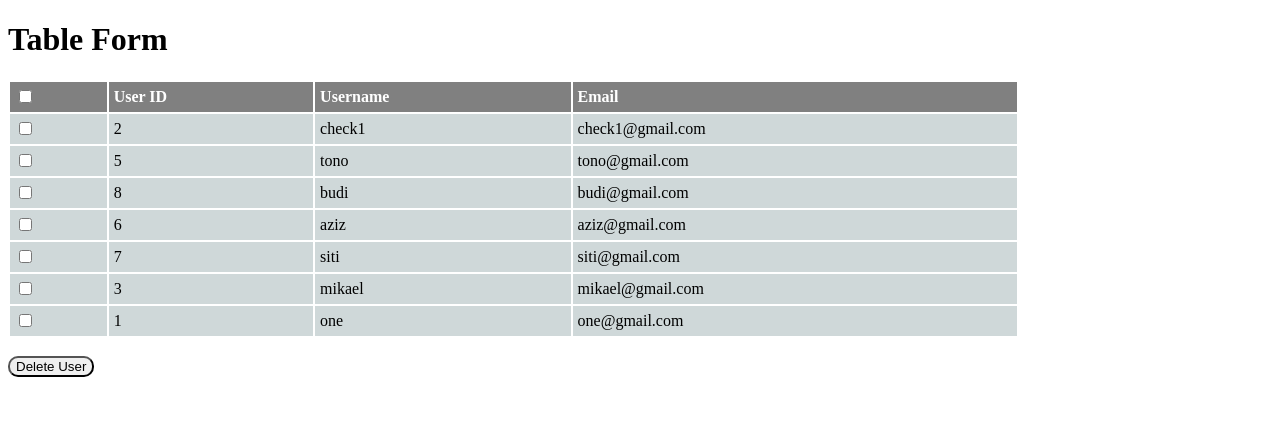
Repository: AHSANS354/tugas-sib5
Page: tugastable.html
An editor plug-in stored every save of this project. The page is shown before and after the next save, followed by the edit.
The browser window is 1280 px wide. The pictures show the whole page.

Above is the page before, as saved 2023-08-21 15:37:31.

After the next save:
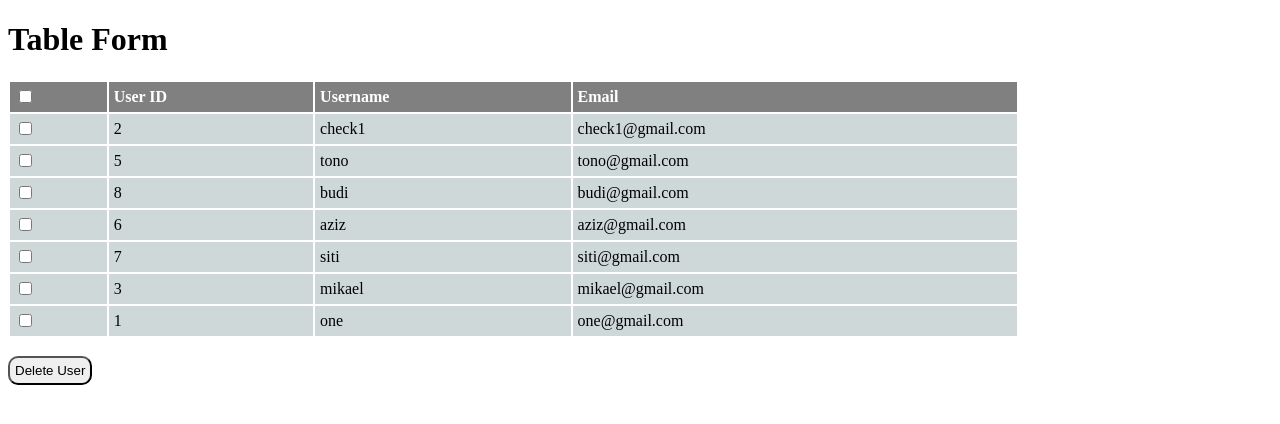
Saved 5 s later.
--- a/tugastable.html
+++ b/tugastable.html
@@ -58,6 +58,6 @@
       </tr>
     </table>
     <br>
-    <input type="reset" name="delete" value="Delete User" style="border-radius: 10px; padding: 5;"></input>
+    <input type="reset" name="delete" value="Delete User" style="border-radius: 10px; padding: 5px;"></input>
   </body>
 </html>
